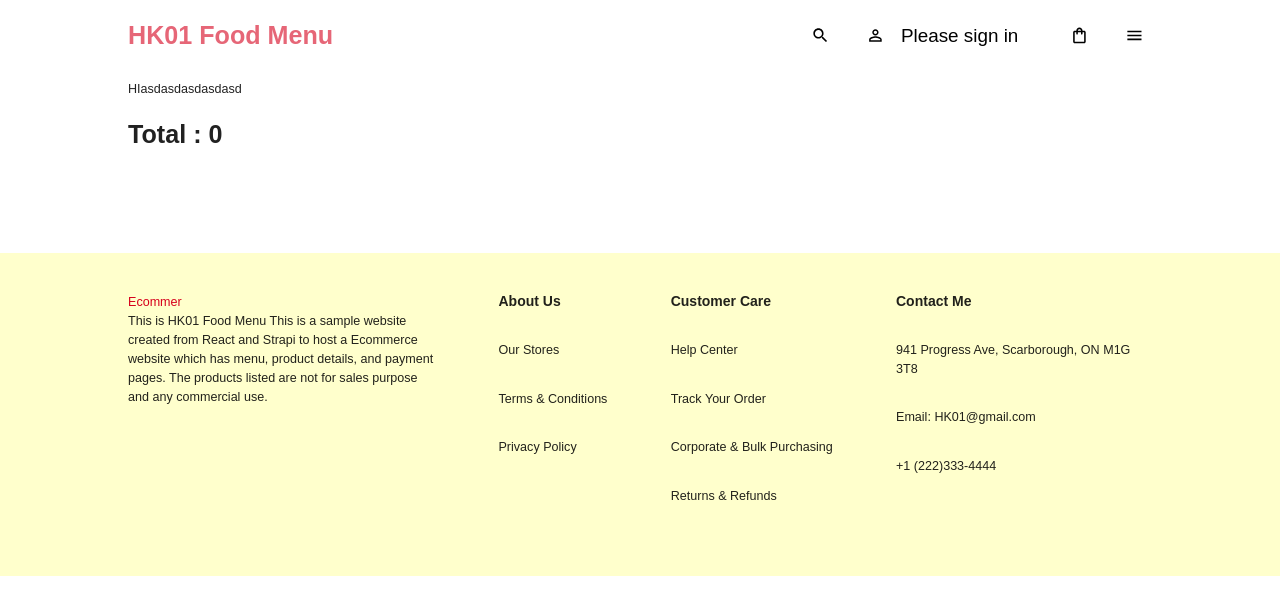
Repository: victorleung93/comp231-002-Team-1-_HK01_FoodMenu
Page: /order (app in client/)
The author's editor kept a copy of each file at every save. The page is drawn from the files as they stood at one save, then again after the next save.
The browser window is 1280 px wide. The pictures show the whole page.
Some web fonts or font styles are not loaded; a fallback is used. The project was rebuilt for these pictures with package versions that can differ from the ones it lists, and the page was loaded fresh each time. Also part of the build but not shown: client/src/scenes/home/MainCarousel.jsx, client/src/components/itemList.jsx, client/src/scenes/home/ShoppingList.jsx, client/src/scenes/home/Subscribe.jsx, client/src/scenes/home/Home.jsx, client/src/scenes/about/About.jsx, client/src/scenes/menu/Menu.jsx, client/src/scenes/itemdetail/ItemDetails.jsx and 2 more.

Above is the page before, as saved 2023-04-08 01:46:11.

### client/public/index.html
<!DOCTYPE html>
<html lang="en">
  <head>
    <meta charset="utf-8" />
    <link rel="icon" href="%PUBLIC_URL%/favicon.ico" />
    <meta name="viewport" content="width=device-width, initial-scale=1" />
    <meta name="theme-color" content="#000000" />
    <meta
      name="description"
      content="Web site created using create-react-app"
    />
    <link rel="apple-touch-icon" href="%PUBLIC_URL%/logo192.png" />
    <!--
      manifest.json provides metadata used when your web app is installed on a
      user's mobile device or desktop. See https://developers.google.com/web/fundamentals/web-app-manifest/
    -->
    <link rel="manifest" href="%PUBLIC_URL%/manifest.json" />
    <!--
      Notice the use of %PUBLIC_URL% in the tags above.
      It will be replaced with the URL of the `public` folder during the build.
      Only files inside the `public` folder can be referenced from the HTML.

      Unlike "/favicon.ico" or "favicon.ico", "%PUBLIC_URL%/favicon.ico" will
      work correctly both with client-side routing and a non-root public URL.
      Learn how to configure a non-root public URL by running `npm run build`.
    -->
    <title>HK01</title>
  </head>
  <body>
    <noscript>You need to enable JavaScript to run this app.</noscript>
    <div id="root"></div>
    <!--
      This HTML file is a template.
      If you open it directly in the browser, you will see an empty page.

      You can add webfonts, meta tags, or analytics to this file.
      The build step will place the bundled scripts into the <body> tag.

      To begin the development, run `npm start` or `yarn start`.
      To create a production bundle, use `npm run build` or `yarn build`.
    -->
  </body>
</html>

### client/src/index.js
import React from 'react';
import ReactDOM from 'react-dom/client';
import './index.css';
import App from './App';
import { ThemeProvider } from '@mui/material/styles';
import { CssBaseline } from '@mui/material';
import { theme } from './theme';
import { Provider } from 'react-redux';
import { configureStore } from '@reduxjs/toolkit';
import cartReducer from "./state";

const store = configureStore({
  reducer: {cart: cartReducer},
})

const root = ReactDOM.createRoot(document.getElementById('root'));
root.render(
  <React.StrictMode>
    <Provider store={store}>
      <ThemeProvider theme={theme}>
        <CssBaseline/>
        <App />
      </ThemeProvider>
    </Provider>
  </React.StrictMode>
);

### client/src/index.css
@import url('https://fonts.googleapis.com/css2?family=Fauna+One&display=swap');

*{
  box-sizing: border-box;
}

body {
  margin: 0;
  padding:0;
}

.App{
  margin: auto;
}
img{
  object-fit: cover  ;
  border-radius: 10px;
  position:static;
}

### client/src/scenes/global/Navbar.jsx

import { useDispatch, useSelector } from 'react-redux';
import { Badge, Box, IconButton} from '@mui/material';
import { PersonOutline, ShoppingBagOutlined, MenuOutlined, SearchOutlined } from '@mui/icons-material';
import { useNavigate,Link } from 'react-router-dom';
import { shades } from "../../theme";
import { setIsCartOpen } from '../../state';

/* Trial 1   */
import React, { useState } from 'react';
import * as FaIcons from 'react-icons/fa';
import * as AiIcons from 'react-icons/ai';

import { SidebarData } from './SidebarData';
import './Navbar.css';
import { IconContext } from 'react-icons';




const Navbar = () =>{
    const [sidebar, setSidebar] = useState(false);
    const [loggedIn, setLoggedIn] = useState(false);
    const showSidebar = () => setSidebar(!sidebar);

    const Navigate = useNavigate();
    const dispatch = useDispatch();
    const cart = useSelector((state) => state.cart.cart)


    function handleLogin() {
        setLoggedIn(true);
      }

      function handleLogout() {
        setLoggedIn(false);
      }

    return (

        <div className='Navbar'>
    <Box display="flex" alignItems="center" width="100%" height="70px" backgroundColor="rgba(255,255,255,0.9)" color="black" position="fixed" top="0" left="0" zIndex="1" margin="0 0 10px 0" >
        <Box width="80%" margin="auto" display="flex" justifyContent="space-between" alignItems="center">
            <Box
            onClick={() => Navigate("/")}
            sx={{'&:hover':{ cursor:"pointer"}}}
            color={shades.secondary[300]}>
                <h1>HK01 Food Menu</h1>
            </Box>
            <Box display="flex" justifyContent="space-between" columnGap="20px"zIndex={2}>
                <IconButton sx={{ color: "black", '&:hover':{ backgroundColor:"orange"}}} >
                    <SearchOutlined/>
                </IconButton>
                        <IconButton sx={{ color: "black", '&:hover': { backgroundColor: "orange" } }} onClick ={()=> Navigate(`/itemform/`) }>
                            <PersonOutline /> {loggedIn ? (
                                <span>Welcome, customer!</span>
                            ) : (
                                <span>Please sign in</span>
                            )}
                        </IconButton>
                <Badge badgeContent = {cart.length} color="secondary" invisible={cart.length ===0 } sx={{ "& .MuiBadge-badeg":{
                    right:5, top:5, padding: "0 4px", height:"14px", minWidth:"13px"
                }}}>
                    <IconButton sx={{ color: "black" , '&:hover':{ backgroundColor:"orange"}}} onClick ={()=> dispatch(setIsCartOpen({}))}>
                        <ShoppingBagOutlined/>
                    </IconButton>
                </Badge>
                <IconButton sx={{ color: "black", '&:hover':{ backgroundColor:"orange"}}} onClick={showSidebar}>
                    <MenuOutlined />
                    <nav className={sidebar ? 'nav-menu active' : 'nav-menu'}>
                        <ul className='nav-menu-items' onClick={showSidebar}>
                            <li className='navbar-toggle'>
                            <Link to='#' className='menu-bars'>
                                <AiIcons.AiOutlineClose />
                            </Link>
                            </li>
                            {SidebarData.map((item, index) => {
                            return (
                                <li key={index} className={item.cName}>
                                <Link to={item.path}>
                                    {item.icon}
                                    <span>{item.title}</span>
                                </Link>
                                </li>
                            );
                            })}
                        </ul>
                    </nav>
                </IconButton>

            </Box>
        </Box>
    </Box>
    </div>
    )
}

export default Navbar;

### client/src/scenes/order/order.jsx

import { useSelector } from "react-redux";
import { Box, Button, Stepper, Step, StepLabel } from "@mui/material";
import { Formik } from "formik";
import { useState } from "react";
import * as yup from "yup";
import { shades } from "../../theme";




const Order = () => {
  const [activeStep, setActiveStep] = useState(0);
  const cart = useSelector((state) => state.cart.cart);
  const isFirstStep = activeStep === 0;
  const isSecondStep = activeStep === 1;
  var [price, setPrice] = useState(0);

//   const handleFormSubmit = async (values, actions) => {
//     setActiveStep(activeStep + 1);

//     // this copies the billing address onto shipping address
//     if (isFirstStep && values.shippingAddress.isSameAddress) {
//       actions.setFieldValue("shippingAddress", {
//         ...values.billingAddress,
//         isSameAddress: true,
//       });
//     }

//     if (isSecondStep) {
//       makePayment(values);
//     }

//     actions.setTouched({});
//   };

//   async function makePayment(values) {
//     //const stripe = await stripePromise;
//     const requestBody = {
//       userName: [values.firstName, values.lastName].join(" "),
//       email: values.email,
//       products: cart.map(({ id, count }) => ({
//         id,
//         count,
//       })),
//     };

//     const response = await fetch("http://localhost:3000/api/orders", {
//       method: "POST",
//       headers: { "Content-Type": "application/json" },
//       body: JSON.stringify(requestBody),
//     });
//     const session = await response.json();
//     //await stripe.redirectToCheckout({sessionId: session.id,});
//   }

const  add =(a)=>{
  price=price+a;
  console.log(price);
}

const [display, setDisplay] = useState(null);

console.log(cart);
  return (
    <div className="App"  style={{width:"80%", margin:"80px auto"}}>

   {cart.map((el) => {
         add(el.price*el.count)
          return (
            <tr key={el._id}>
                   <td><img src={el.image} alt="" /></td>
                 <td>{el.name}</td>
            <td>{el.count}</td>
            <td>{el.price} CAD</td>
            <td>{el.count*el.price}</td>


            </tr>
          );


        })}HIasdasdasdasdasd
        <h1>Total : {price}</h1>
    </div>
    // <Box width="80%" m="100px auto">  <h1>Hi</h1></Box>

    )


//     <Box width="80%" m="100px auto">
//       <Stepper activeStep={activeStep} sx={{ m: "20px 0" }}>
//         <Step>
//           <StepLabel>Billing</StepLabel>
//         </Step>
//         <Step>
//           <StepLabel>Payment</StepLabel>
//         </Step>
//       </Stepper>
//       <Box>
//         <Formik
//           onSubmit={handleFormSubmit}
//           initialValues={initialValues}
//           validationSchema={checkoutSchema[activeStep]}
//         >
//           {({
//             values,
//             errors,
//             touched,
//             handleBlur,
//             handleChange,
//             handleSubmit,
//             setFieldValue,
//           }) => (
//             <form onSubmit={handleSubmit}>
//               {isFirstStep && (
//                 /*<Shipping
//                   values={values}
//                   errors={errors}
//                   touched={touched}
//                   handleBlur={handleBlur}
//                   handleChange={handleChange}
//                   setFieldValue={setFieldValue}
//                 />*/
//                 <>d</>
//               )}
//               {isSecondStep && (
//                 <>i</>
//                 /*<Payment
//                   values={values}
//                   errors={errors}
//                   touched={touched}
//                   handleBlur={handleBlur}
//                   handleChange={handleChange}
//                   setFieldValue={setFieldValue}
//                 />*/
//               )}
//               <Box display="flex" justifyContent="space-between" gap="50px">
//                 {!isFirstStep && (
//                   <Button
//                     fullWidth
//                     color="primary"
//                     variant="contained"
//                     sx={{
//                       backgroundColor: shades.primary[200],
//                       boxShadow: "none",
//                       color: "white",
//                       borderRadius: 0,
//                       padding: "15px 40px",
//                     }}
//                     onClick={() => setActiveStep(activeStep - 1)}
//                   >
//                     Back
//                   </Button>
//                 )}
//                 <Button
//                   fullWidth
//                   type="submit"
//                   color="primary"
//                   variant="contained"
//                   sx={{
//                     backgroundColor: shades.primary[400],
//                     boxShadow: "none",
//                     color: "white",
//                     borderRadius: 0,
//                     padding: "15px 40px",
//                   }}
//                 >
//                   {!isSecondStep ? "Next" : "Place Order"}
//                 </Button>
//               </Box>
//             </form>
//           )}
//         </Formik>
//       </Box>
//     </Box>
//   );
// };

// const initialValues = {
//   billingAddress: {
//     firstName: "",
//     lastName: "",
//     country: "",
//     street1: "",
//     street2: "",
//     city: "",
//     state: "",
//     zipCode: "",
//   },
//   shippingAddress: {
//     isSameAddress: true,
//     firstName: "",
//     lastName: "",
//     country: "",
//     street1: "",
//     street2: "",
//     city: "",
//     state: "",
//     zipCode: "",
//   },
//   email: "",
//   phoneNumber: "",
};

// const checkoutSchema = [
//   yup.object().shape({
//     billingAddress: yup.object().shape({
//       firstName: yup.string().required("required"),
//       lastName: yup.string().required("required"),
//       country: yup.string().required("required"),
//       street1: yup.string().required("required"),
//       street2: yup.string(),
//       city: yup.string().required("required"),
//       state: yup.string().required("required"),
//       zipCode: yup.string().required("required"),
//     }),
//     shippingAddress: yup.object().shape({
//       isSameAddress: yup.boolean(),
//       firstName: yup.string().when("isSameAddress", {
//         is: false,
//         then: yup.string().required("required"),
//       }),
//       lastName: yup.string().when("isSameAddress", {
//         is: false,
//         then: yup.string().required("required"),
//       }),
//       country: yup.string().when("isSameAddress", {
//         is: false,
//         then: yup.string().required("required"),
//       }),
//       street1: yup.string().when("isSameAddress", {
//         is: false,
//         then: yup.string().required("required"),
//       }),
//       street2: yup.string(),
//       city: yup.string().when("isSameAddress", {
//         is: false,
//         then: yup.string().required("required"),
//       }),
//       state: yup.string().when("isSameAddress", {
//         is: false,
//         then: yup.string().required("required"),
//       }),
//       zipCode: yup.string().when("isSameAddress", {
//         is: false,
//         then: yup.string().required("required"),
//       }),
//     }),
//   }),
//   yup.object().shape({
//     email: yup.string().required("required"),
//     phoneNumber: yup.string().required("required"),
//   }),
// ];


export default Order;

### client/src/scenes/global/CartMenu.jsx

import { Box, Button, Divider, IconButton, Typography} from "@mui/material";
import { useSelector, useDispatch } from 'react-redux';
import  CloseIcon  from '@mui/icons-material/Close';
import  RemoveIcon  from '@mui/icons-material/Remove';
import  AddIcon  from '@mui/icons-material/Add';
import styled from '@emotion/styled';
import { shades } from "../../theme";
import { decreaseCount, increaseCount, removeFromCart, setIsCartOpen } from "../../state";
import { useNavigate } from "react-router-dom";
import axios from "axios";
const urlForServer = "http://localhost:3200/";

const FlexBox = styled(Box)`
display:fles;
jsutify-content: space-between;
align-items:center
`

const CartMenu = ()=>{
    const navigate = useNavigate();
    const dispatch = useDispatch();
    const cart = useSelector((state)=> state.cart.cart);
    const isCartOpen = useSelector((state)=> state.cart.isCartOpen);


    const totalPrice = cart.reduce((total, item)=>{
        return total + item.count * item.price;
    }, 0 ).toFixed(2);

    return(
        <Box  //overlay
            display={isCartOpen ? "block": 'none'}
            backgroundColor="rgba(0,0,0,0.4)"
            position="fixed"
            zIndex={10}
            width="100%"
            height="100%"
            left="0"
            top="0"
            overflow="auto"
        >

        <Box
            position={"fixed"}
            right = "0"
            top = "0"
            backgroundColor= "white"
            width = "max(400px, 30%)"
            height = "75%"
        >
                <Box padding="30px" overflow="auto" height="100%">
                    {/*Header*/}
                    <FlexBox mb="15px">
                        <Typography variant="h3">Shopping Cart ({cart.length})</Typography>
                        <IconButton  onClick ={()=> dispatch(setIsCartOpen({}))}>
                            <CloseIcon sx={{fontSize:"2rem"}}/>
                        </IconButton>
                    </FlexBox>
                    {/*Cart List*/}
                    <Box>
                        {cart.map((item) => (

                            <Box key={`${item.name}-${item._id}`}>
                                <FlexBox p="15px 0">
                                    <Box flex = "1 1 40%">
                                        <img  width="100px" height="100px" src={item?.image} alt={item?.name} />
                                    </Box>
                                    <Box flex = "1 1 60%">
                                        <FlexBox mb="5px">
                                            <Typography fontWeight="bold">
                                                {item.name}
                                            </Typography>
                                            <IconButton onClick={()=> dispatch(removeFromCart({_id:item._id}))}>
                                                <CloseIcon/>
                                            </IconButton>
                                        </FlexBox>

                                        <Typography>
                                            {item.shortDescription}
                                        </Typography>
                                        {/*Amount*/}
                                        <FlexBox m="5px 0">
                                            <Box display="flex" alignItems="center" border={`1.5px solid ${shades.neutral[600]}`} m=" 0 10px">
                                                <IconButton onClick={()=> dispatch(decreaseCount({_id:item._id }))}>
                                                    <RemoveIcon/>
                                                </IconButton>
                                                <Typography>
                                                    {item.count}
                                                </Typography>
                                                <IconButton onClick={()=> dispatch(increaseCount({_id:item._id }))}>
                                                    <AddIcon/>
                                                </IconButton>
                                            </Box>
                                            {/*Price*/}
                                                <Typography marginLeft="20px" fontWeight="bold">
                                                    ${item?.price}
                                                </Typography>
                                        </FlexBox>

                                    </Box>
                                </FlexBox>
                                <Divider/>
                            </Box>
                        ))}
                    </Box>

                    {/* Actions */}
                    <Box m="20px 0">
                        <FlexBox m="20px 0">
                            <Typography fontWeight="bold"> Subtotal:</Typography>
                            <Typography fontWeight="bold" sx={{ml:"200px"}}  > ${totalPrice} </Typography>
                        </FlexBox>
                        <Button  sx={{
                            backgroundColor: shades.primary[400],
                            color: "white",
                            minWidth: "100px",
                            padding: "20px 40px",
                            m: "20px 0",
                            '&:hover':{ backgroundColor: shades.neutral[300], color:"black" }
                        }} onClick={() => {
                            navigate("/order");
                            dispatch(setIsCartOpen({}));
                        }}>Checkout</Button>
                    </Box>
                </Box>
            </Box>
        </Box>
    )
};


export default CartMenu;

### client/src/scenes/global/Footer.jsx
import { useTheme } from "@emotion/react";
import { shades } from "../../theme";
import { Box, Typography } from "@mui/material";
import './Footer.css'

const Footer = () =>{
    const {
        palette: { neutral },
      } = useTheme();

    return(
        <div className="footer">
        <Box  margin="100px 0 0 0 " padding="40px 0" backgroundColor= { neutral.light } >
            <Box width="80%" margin="auto" display="flex" justifyContent="space-between" flexwrap="wrap" rowGap="30px" columnGap="clamp(20px, 30px, 40px)">

                <Box width="clamp(20%, 30%, 40%)">
                    <Typography color={shades.secondary[500]}> Ecommer</Typography>
                    <Box>
                        This is HK01 Food Menu
                        This is a sample website created from React and Strapi to host a Ecommerce website which has menu, product details, and payment pages.
                        The products listed are not for sales purpose and any commercial use.
                    </Box>
                </Box>

                <Box>
                    <Typography variant="h4" fontWeight="bold" mb="30px">
                        About Us
                    </Typography>

                    <Typography mb="30px">Our Stores</Typography>
                    <Typography mb="30px">Terms & Conditions</Typography>
                    <Typography mb="30px">Privacy Policy</Typography>
                </Box>

                <Box>
                    <Typography variant="h4" fontWeight="bold" mb="30px">
                        Customer Care
                    </Typography>
                    <Typography mb="30px">Help Center</Typography>
                    <Typography mb="30px">Track Your Order</Typography>
                    <Typography mb="30px">Corporate & Bulk Purchasing</Typography>
                    <Typography mb="30px">Returns & Refunds</Typography>
                </Box>

                <Box width="clamp(20%, 25%, 30%)">
                    <Typography variant="h4" fontWeight="bold" mb="30px">
                        Contact Me
                    </Typography>
                    <Typography mb="30px">
                    941 Progress Ave, Scarborough, ON M1G 3T8
                    </Typography>
                    <Typography mb="30px" sx={{ wordWrap: "break-word" }}>
                        Email: HK01@gmail.com
                    </Typography>
                    <Typography mb="30px">+1 (222)333-4444</Typography>
                </Box>

            </Box>
        </Box>
        </div>
    )
};

export default Footer;

### client/src/scenes/global/SidebarData.jsx
import React from 'react';
import * as FaIcons from 'react-icons/fa';
import * as AiIcons from 'react-icons/ai';
import * as IoIcons from 'react-icons/io';
import * as MdIcons from 'react-icons/md';

export const SidebarData = [
  {
    title: 'Home',
    path: '/',
    icon: <AiIcons.AiFillHome />,
    cName: 'nav-text'
  },
  {
    title: 'About',
    path: '/about',
    icon: <IoIcons.IoIosPaper />,
    cName: 'nav-text'
  },
  {
    title: 'Menu',
    path: '/menu',
    icon: <MdIcons.MdMenuBook />,
    cName: 'nav-text'
  },
  {
    title: 'Manage Item',
    path: '/itemform',
    icon: <MdIcons.MdMenuBook />,
    cName: 'nav-text'
  },
  {
    title: 'Order',
    path: '/order',
    icon: <IoIcons.IoMdRestaurant />,
    cName: 'nav-text'
  }
];

### client/src/scenes/global/Navbar.css
.Navbar{
  position:absolute;
  top: 0%;
  left: 0%;
  right: 0%;
}

.navbar {
    background-color: #060b26;
    height: 80px;
    display: flex;
    justify-content: start;
    align-items: center;
  }

  .menu-bars {
    margin-left: 2rem;
    font-size: 2rem;
    background: none;
  }

  .nav-menu {
    background-color: #060b26;
    width: 250px;
    height: 100vh;
    display: flex;
    justify-content: center;
    position: fixed;
    top: 0;
    left:auto;
    right: -100%;
    transition: 850ms;
    z-index: 10;
  }

  .nav-menu.active {
    right: 0;
    transition: 350ms;
    z-index: 20;
  }

  .nav-text {
    display: flex;
    justify-content: start;
    align-items: center;
    padding: 8px 0px 8px 16px;
    list-style: none;
    height: 60px;
  }

  .nav-text a {
    text-decoration: none;
    color: #f5f5f5;
    font-size: 18px;
    width: 95%;
    height: 100%;
    display: flex;
    align-items: center;
    padding: 0 16px;
    border-radius: 4px;
  }

  .nav-text a:hover {
    background-color: #1a83ff;
  }

  .nav-menu-items {
    width: 100%;
  }

  .navbar-toggle {
    background-color: #060b26;
    width: 100%;
    height: 80px;
    display: flex;
    justify-content: start;
    align-items: center;
  }

  span {
    margin-left: 16px;
  }

### client/src/scenes/global/Footer.css
.footer{

}

Loaded but not shown: client/src/theme.js (75 lines, source omitted); client/src/state/index.js (68 lines, source omitted); client/src/App.js (52 lines, source omitted)

After the next save:
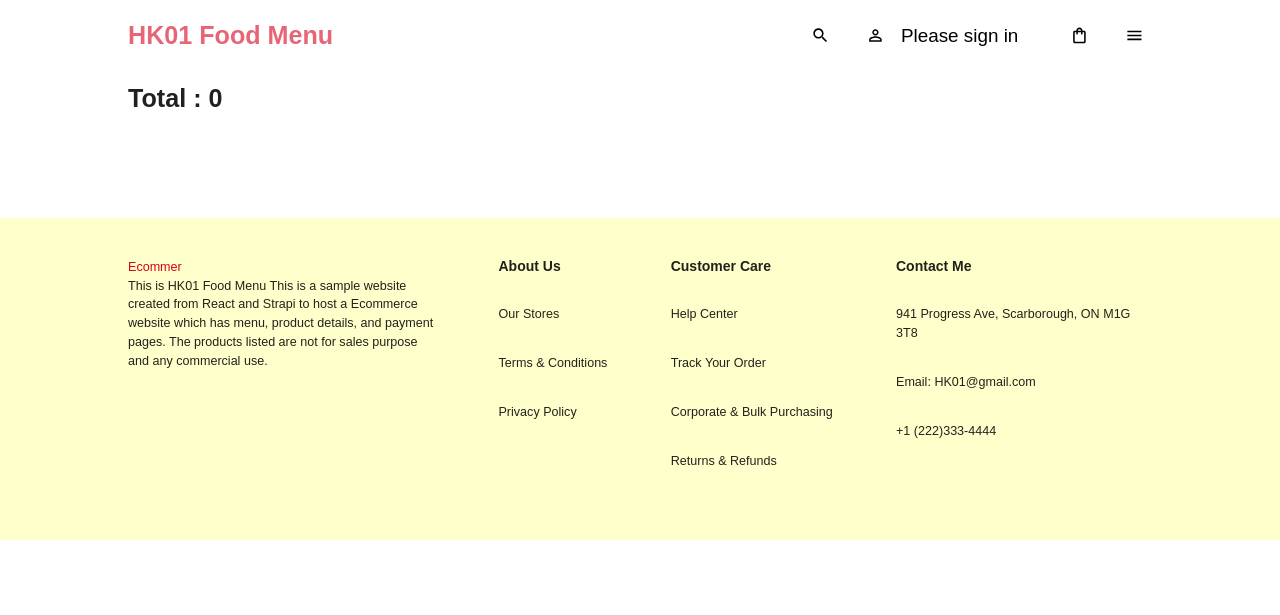
Saved 9 s later.
--- a/client/src/scenes/order/order.jsx
+++ b/client/src/scenes/order/order.jsx
@@ -80,7 +80,7 @@ console.log(cart);
           );
 
 
-        })}HIasdasdasdasdasd
+        })}
         <h1>Total : {price}</h1>
     </div>
     // <Box width="80%" m="100px auto">  <h1>Hi</h1></Box>
